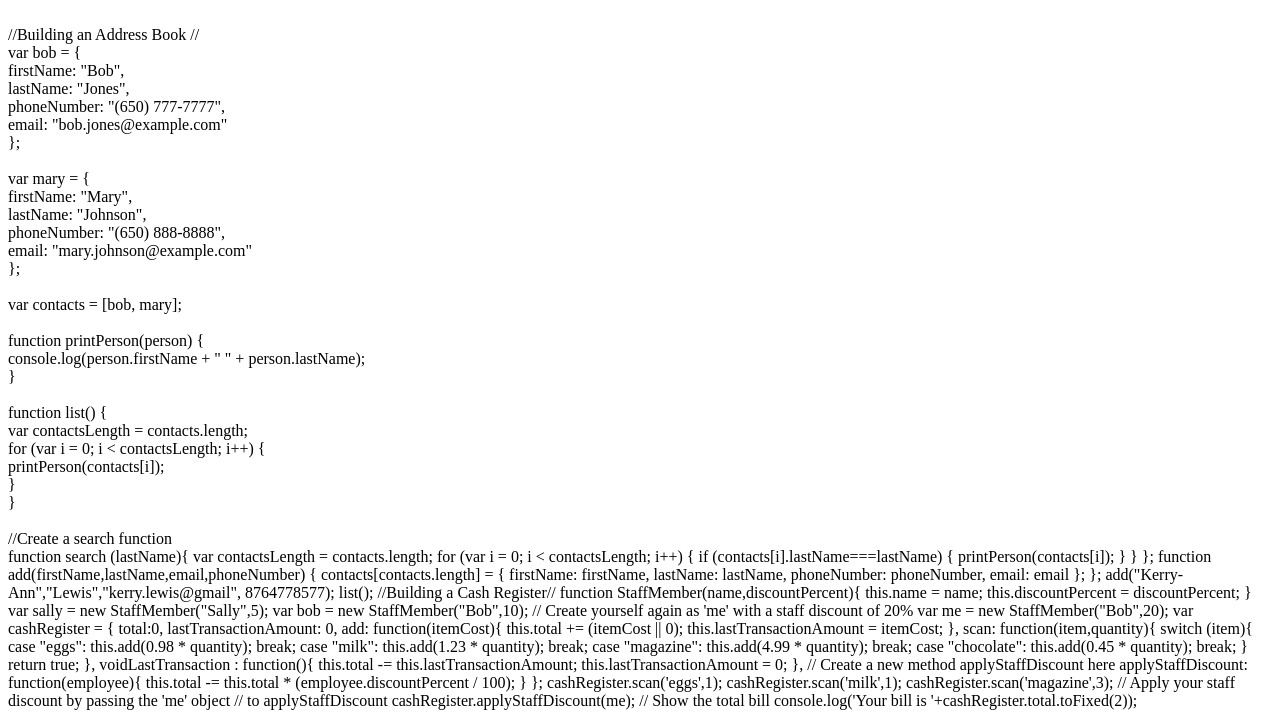
Repository: kernicole/info2180project1
Page: script.html
The author's editor kept a record of every edit. The page is drawn from the files as they stood at one moment, then again after the next edit.
The browser window is 1280 px wide. The pictures show the whole page.

Above is the page before.

### script.html
<html>
<title> Script Source Code </title>
<body>
<br/>//Building an Address Book //
<br/>var bob = {
<br/>    firstName: "Bob",
<br/>    lastName: "Jones",
<br/>    phoneNumber: "(650) 777-7777",
<br/>    email: "bob.jones@example.com"
<br/>};
<br/>
<br/>var mary = {
<br/>    firstName: "Mary",
<br/>    lastName: "Johnson",
<br/>    phoneNumber: "(650) 888-8888",
<br/>    email: "mary.johnson@example.com"
<br/>};
<br/>
<br/>var contacts = [bob, mary];
<br/>
<br/>function printPerson(person) {
<br/>    console.log(person.firstName + " " + person.lastName);
<br/>}
<br/>
<br/>function list() {
<br/>	var contactsLength = contacts.length;
<br/>	for (var i = 0; i < contactsLength; i++) {
<br/>		printPerson(contacts[i]);
<br/>	}
<br/>}
<br/>
<br/>//Create a search function
<br/>

function search (lastName){
   var contactsLength = contacts.length;
	for (var i = 0; i < contactsLength; i++) {
	    if (contacts[i].lastName===lastName) {
	        printPerson(contacts[i]);
	    }
	}
};





function add(firstName,lastName,email,phoneNumber)
{
    contacts[contacts.length] = {
    firstName: firstName,
    lastName: lastName,
    phoneNumber: phoneNumber,
    email: email
};




};


add("Kerry-Ann","Lewis","kerry.lewis@gmail", 8764778577);

list();






//Building a Cash Register//



function StaffMember(name,discountPercent){
    this.name = name;
    this.discountPercent = discountPercent;
}

var sally = new StaffMember("Sally",5);
var bob = new StaffMember("Bob",10);

// Create yourself again as 'me' with a staff discount of 20%
var me = new StaffMember("Bob",20);

var cashRegister = {
    total:0,
    lastTransactionAmount: 0,
    add: function(itemCost){
        this.total += (itemCost || 0);
        this.lastTransactionAmount = itemCost;
    },
    scan: function(item,quantity){
        switch (item){
        case "eggs": this.add(0.98 * quantity); break;
        case "milk": this.add(1.23 * quantity); break;
        case "magazine": this.add(4.99 * quantity); break;
        case "chocolate": this.add(0.45 * quantity); break;
        }
        return true;
    },
    voidLastTransaction : function(){
        this.total -= this.lastTransactionAmount;
        this.lastTransactionAmount = 0;
    },
    // Create a new method applyStaffDiscount here
    applyStaffDiscount: function(employee){
        this.total -= this.total * (employee.discountPercent / 100);
    }

};

cashRegister.scan('eggs',1);
cashRegister.scan('milk',1);
cashRegister.scan('magazine',3);
// Apply your staff discount by passing the 'me' object
// to applyStaffDiscount
cashRegister.applyStaffDiscount(me);

// Show the total bill
console.log('Your bill is '+cashRegister.total.toFixed(2));
</body>
</html>

After the next edit:
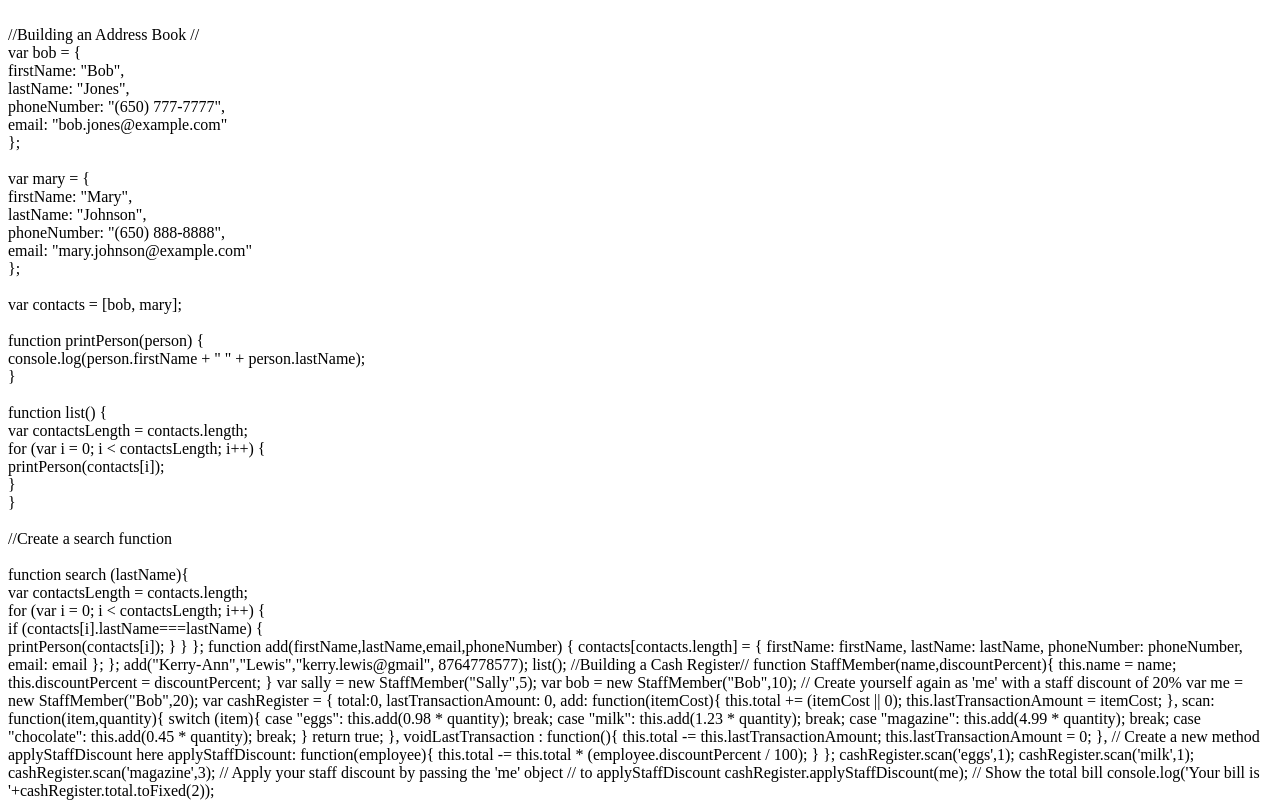
The edit:
--- a/script.html
+++ b/script.html
@@ -32,11 +32,11 @@
 <br/>//Create a search function
 <br/>
 
-function search (lastName){
-   var contactsLength = contacts.length;
-	for (var i = 0; i < contactsLength; i++) {
-	    if (contacts[i].lastName===lastName) {
-	        printPerson(contacts[i]);
+<br/>function search (lastName){
+<br/>   var contactsLength = contacts.length;
+<br/>	for (var i = 0; i < contactsLength; i++) {
+<br/>	    if (contacts[i].lastName===lastName) {
+<br/>	        printPerson(contacts[i]);
 	    }
 	}
 };
